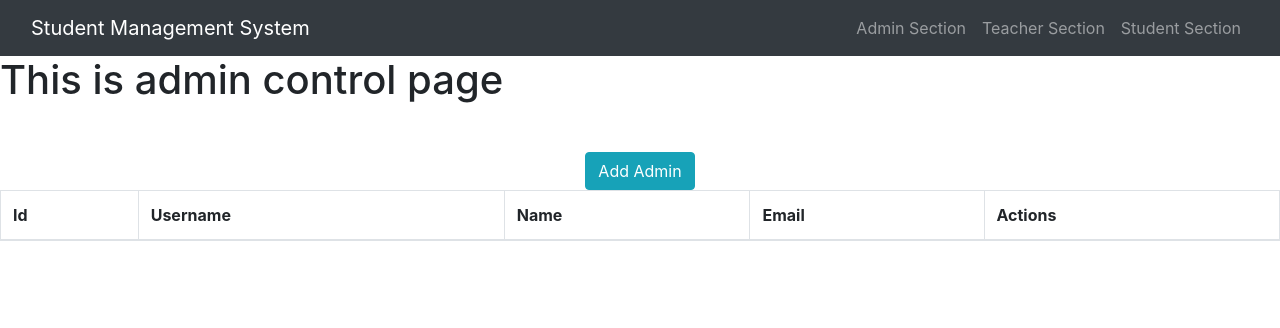
Repository: arupmaji404/StudentManagementSystem
Page: http://localhost/admin/admincontrol
The author's editor kept a copy of each file at every save. The page is drawn from the files as they stood at one save, then again after the next save.
The browser window is 1280 px wide. The pictures show the whole page.
The page is this project's Thymeleaf template; nobody is signed in. The template is opened directly, without the code that normally fills it, so the values that code supplies are empty.

Above is the page before, as saved 2022-09-11 05:24:51.

### StudentManagementSystem/src/main/resources/templates/admin/admincontrol.html

<!DOCTYPE html>
<html lang="en" xmlns:th="http://www.thymeleaf.org">
<head>
<meta charset="ISO-8859-1">
<title>Employee</title>
<link rel="stylesheet"
	href="https://stackpath.bootstrapcdn.com/bootstrap/4.1.3/css/bootstrap.min.css"
	integrity="sha384-MCw98/SFnGE8fJT3GXwEOngsV7Zt27NXFoaoApmYm81iuXoPkFOJwJ8ERdknLPMO"
	crossorigin="anonymous">
</head>
<body>
	<div th:insert="navbar :: navbar"></div>
	<h1>This is admin control page</h1>
	<div class="text-center mt-5">
		<a th:href="@{/addAdminForm}" class="btn btn-info">Add Admin</a>
	</div>
	<table class="table table-bordered table-striped">
		<thead>
			<tr>
				<th>Id</th>
				<th>Username</th>
				<th>Name</th>
				<th>Email</th>
				<th>Actions</th>
			</tr>
		</thead>
		<tbody>
			<tr th:if="${admins.empty}">
				<td colspan="5">No Users Available</td>
			</tr>
			<tr th:each="admin : ${admins}">
				<td><span th:text="${admin.id}"> Id </span></td>
				<td><span th:text="${admin.username}"> Username </span></td>
				<td><span th:text="${admin.name}"> Name </span></td>
				<td><span th:text="${admin.email}"> Email </span></td>
				<td><a th:href="@{/showAdminUpdateForm(adminId=${admin.id})}"
					class="btn btn-info">Update</a> <a
					th:href="@{/deleteAdmin(adminId=${admin.id})}"
					class="btn btn-danger m1-2">Delete</a></td>
			</tr>
		</tbody>
	</table>
</body>
</html>

### StudentManagementSystem/src/main/resources/templates/navbar.html
<!DOCTYPE html>
<html xmlns:th="http://www.thymeleaf.org">
<head>
    <meta charset="UTF-8">
    <title>NavigationBar</title>

</head>
<body>

<nav th:fragment="navbar" class="navbar navbar-expand-md bg-dark navbar-dark">
    <div class="container-fluid">
        <div class="navbar-header">
            <a class="navbar-brand" th:href="@{/adminIndex}">Student Management System</a>
        </div>
        <ul class="nav navbar-nav">
            <li><a class="nav-link" th:href="@{/admin-control}">Admin Section</a></li>

            <li><a class="nav-link" th:href="@{/teacher-control}">Teacher Section</a></li>

            <li><a class="nav-link" th:href="@{/student-control}">Student Section</a></li>
        </ul>
    </div>
</nav>

</body>
</html>

After the next save:
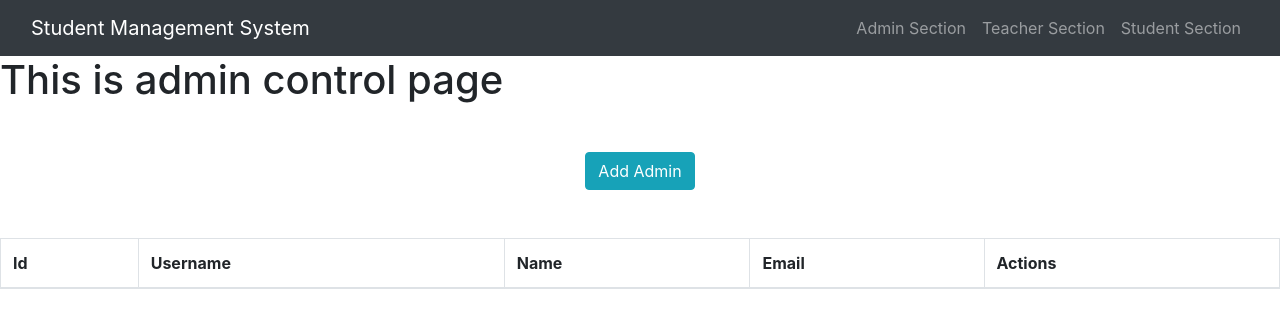
Saved 8 s later.
--- a/StudentManagementSystem/src/main/resources/templates/admin/admincontrol.html
+++ b/StudentManagementSystem/src/main/resources/templates/admin/admincontrol.html
@@ -12,7 +12,7 @@
 <body>
 	<div th:insert="navbar :: navbar"></div>
 	<h1>This is admin control page</h1>
-	<div class="text-center mt-5">
+	<div class="text-center m-5">
 		<a th:href="@{/addAdminForm}" class="btn btn-info">Add Admin</a>
 	</div>
 	<table class="table table-bordered table-striped">
